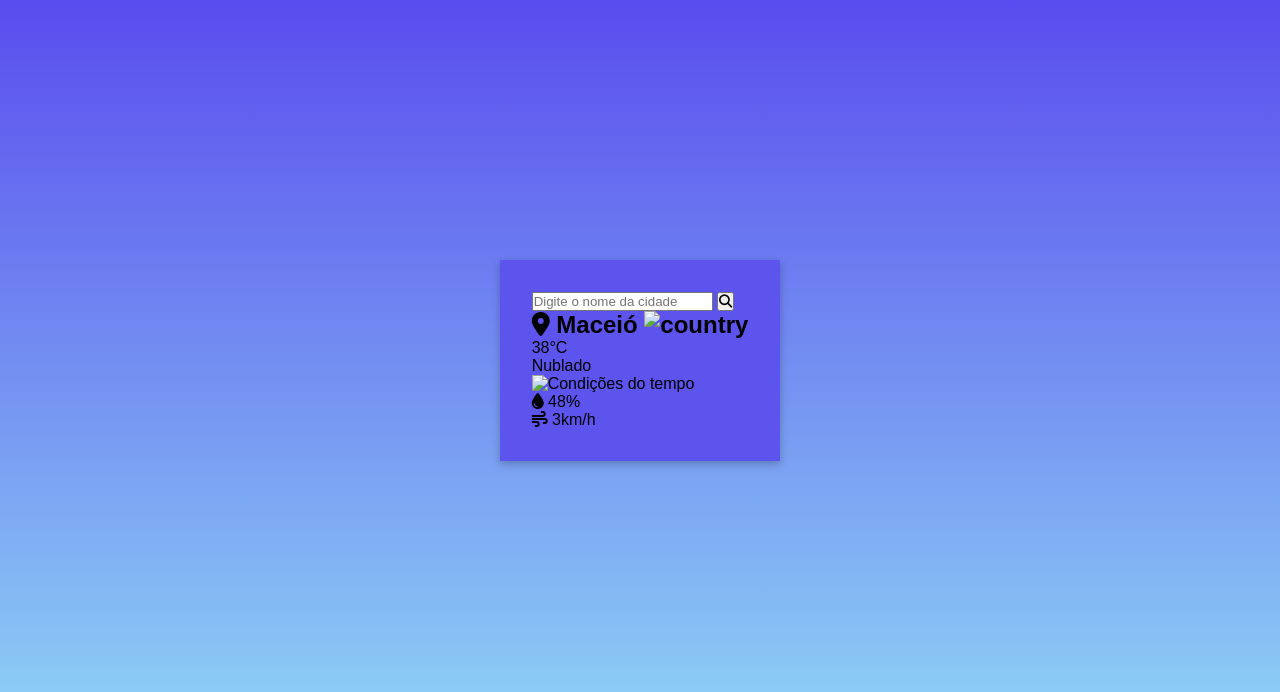
Repository: eziocdl/Weather--API
Page: index.html
The author's editor kept a copy of each file at every save. The page is drawn from the files as they stood at one save, then again after the next save.
The browser window is 1280 px wide. The pictures show the whole page.

Above is the page before, as saved 2023-06-19 15:49:05.

After the next save:
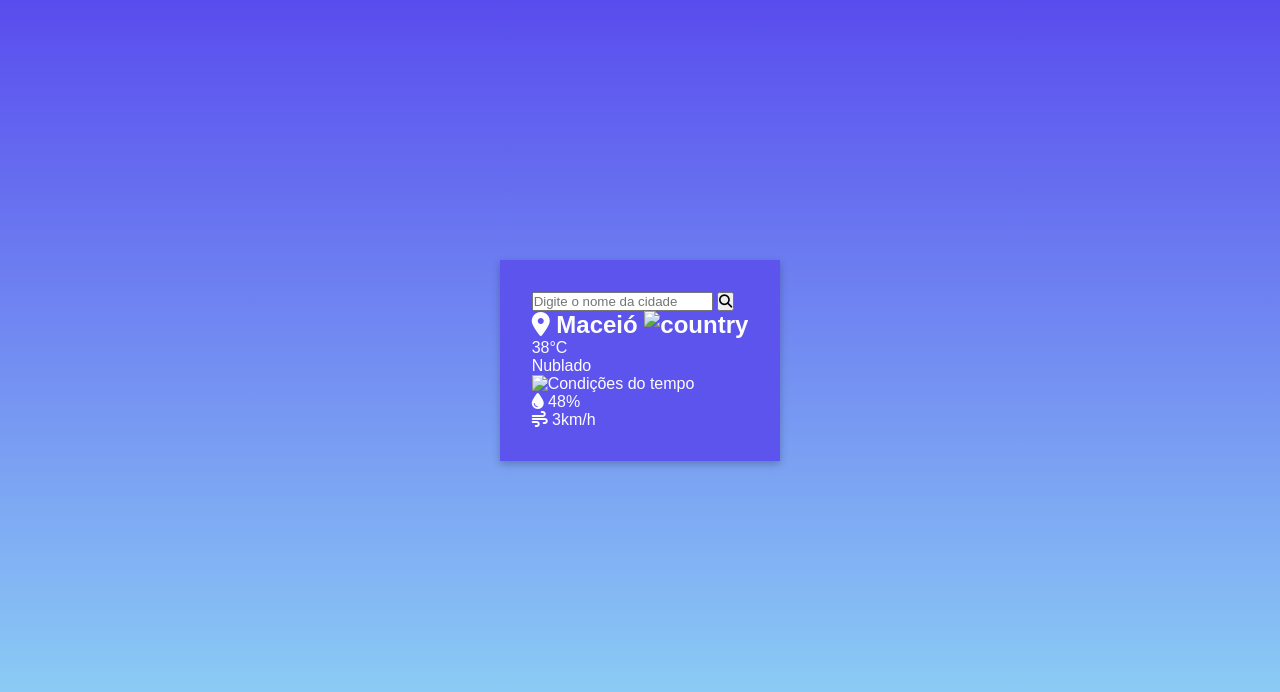
Saved 17 s later.
--- a/css/styles.css
+++ b/css/styles.css
@@ -21,4 +21,5 @@ body {
     background-color: #5c54ed;
     box-shadow: rgba(0, 0, 0, 0.24) 0px 3px 8px;
     padding: 2rem;
+    color: #FDFDFD;
 }
